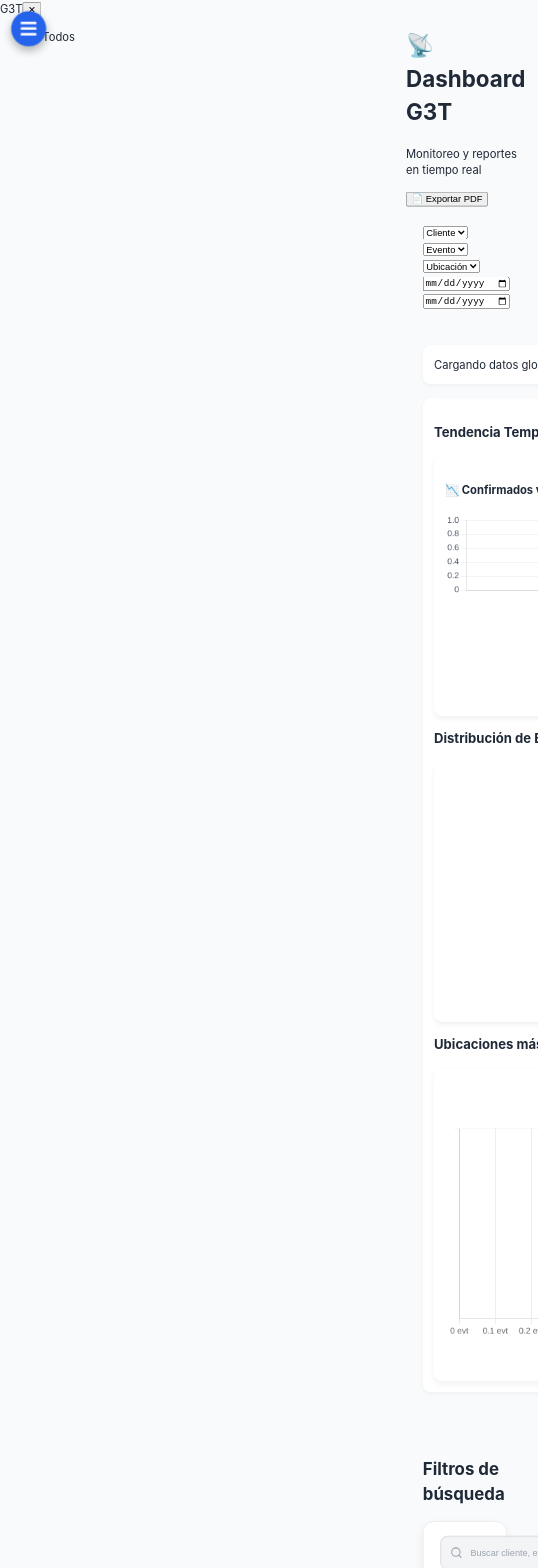
Repository: BBrian11/reportes
Page: /
These files come from the project's save history. The page is drawn as it stood at one moment and after the next save; the edit follows.
The browser window is 768 px wide. The pictures show the part of the page from y = 0 to 2240 px (the page is 2649 px tall before and 2382 px after), at 70% of full size.
The page's requests for data from a server got no answer. The project was rebuilt for these pictures with package versions that can differ from the ones it lists, and the page was loaded fresh each time. Some packages were replaced by stand-ins written for this rebuild. No one was signed in, and anything a server would have sent is missing. Also part of the build but not shown: vite.config.js, src/components/Dashboard/BarChart.jsx, src/styles/tgsstats.css, src/components/Dashboard/TgsStats.jsx, src/styles/edificiostats.css, src/components/Dashboard/EdificioStats.jsx, src/styles/vtvstats.css, src/components/Dashboard/VtvStats.jsx and 6 more.

Above is the page before, as saved 2025-08-01 15:57:31.

### index.html
<!DOCTYPE html>
<html lang="es">
  <head>
    <meta charset="UTF-8" />
    <meta name="viewport" content="width=device-width, initial-scale=1.0" />
    <title>Dashboard G3T</title>
  </head>
  <body>
    <div id="root"></div>
    <script type="module" src="/src/main.jsx"></script>
  </body>
</html>

### src/main.jsx
import React from "react";
import ReactDOM from "react-dom/client";
import App from "./App.jsx";
import "./styles/dashboard.css";
import "./styles/form.css";

ReactDOM.createRoot(document.getElementById("root")).render(
  <React.StrictMode>
    <App />
  </React.StrictMode>
);

### src/App.jsx
import React from "react";
import Dashboard from "./components/Dashboard/Dashboard.jsx";

export default function App() {
  return <Dashboard />;
}

### src/components/Dashboard/Sidebar.jsx
import React, { useState, useMemo } from "react";
import {
  FaBars,
  FaBuilding,
  FaTools,
  FaCar,
  FaHome,
  FaTh,
  FaChevronDown,
  FaChevronUp,
} from "react-icons/fa";
import "../../styles/sidebar.css";

export default function Sidebar({ eventos, onSelectCliente, onSelectUbicacion }) {
  const [collapsed, setCollapsed] = useState(false);
  const [activeCliente, setActiveCliente] = useState("Todos");
  const [expanded, setExpanded] = useState(null);
  const [searchTerm, setSearchTerm] = useState("");
  const [active, setActive] = useState(false); // ✅ Para mostrar/ocultar sidebar en mobile

  const estructura = useMemo(() => {
    const map = {};
    eventos.forEach((e) => {
      const cliente = e.cliente || "Otros";
      const grupo = e.grupo || e.ubicacion?.split(" ")[0] || "General";
      const ubicacion = e.ubicacion || "Sin ubicación";

      if (!map[cliente]) map[cliente] = {};
      if (!map[cliente][grupo]) map[cliente][grupo] = new Set();
      map[cliente][grupo].add(ubicacion);
    });
    return map;
  }, [eventos]);

  const iconos = {
    TGS: <FaTools />,
    Edificios: <FaBuilding />,
    VTV: <FaCar />,
    Barrios: <FaHome />,
    Todos: <FaTh />,
  };

  const handleSelectCliente = (cliente) => {
    setActiveCliente(cliente);
    onSelectCliente(cliente);
  };

  const toggleExpand = (cliente) => {
    setExpanded(expanded === cliente ? null : cliente);
    setSearchTerm("");
  };

  // ✅ NUEVO RETURN
  return (
    <>
      {/* Overlay (oscurece fondo en mobile) */}
      <div
        className={`sidebar-overlay ${active ? "active" : ""}`}
        onClick={() => setActive(false)}
      ></div>

      {/* Sidebar */}
      <aside className={`sidebar ${active ? "active" : ""}`}>
        <div className="sidebar-header">
          <span className="logo-text">G3T</span>
          <button className="toggle-btn" onClick={() => setActive(false)}>
            ✕
          </button>
        </div>

        <nav>
          <ul>
            {/* Todos */}
            <li
              className={`sidebar-link ${activeCliente === "Todos" ? "active" : ""}`}
              onClick={() => handleSelectCliente("Todos")}
            >
              {iconos.Todos} <span>Todos</span>
            </li>

            {/* Clientes */}
            {Object.keys(estructura).map((cliente, idx) => (
              <li key={idx} className="sidebar-item">
                <div
                  className={`sidebar-link ${activeCliente === cliente ? "active" : ""}`}
                  onClick={() => handleSelectCliente(cliente)}
                >
                  {iconos[cliente] || <FaBuilding />}
                  <span>{cliente}</span>
                  <button
                    className="expand-btn"
                    onClick={(e) => {
                      e.stopPropagation();
                      toggleExpand(cliente);
                    }}
                  >
                    {expanded === cliente ? <FaChevronUp /> : <FaChevronDown />}
                  </button>
                </div>

                {expanded === cliente && (
                  <div className="sub-menu">
                    <input
                      type="text"
                      placeholder="Buscar ubicación..."
                      value={searchTerm}
                      onChange={(e) => setSearchTerm(e.target.value)}
                      className="search-input"
                    />

                    <div className="scrollable-list">
                      {Object.keys(estructura[cliente]).map((grupo, gIdx) => (
                        <div key={gIdx} className="grupo">
                          <strong>{grupo}</strong>
                          <ul>
                            {[...estructura[cliente][grupo]]
                              .filter((u) =>
                                u.toLowerCase().includes(searchTerm.toLowerCase())
                              )
                              .map((ubicacion, i) => (
                                <li
                                  key={i}
                                  onClick={() => onSelectUbicacion(cliente, ubicacion)}
                                  className="sub-item"
                                >
                                  {ubicacion}
                                </li>
                              ))}
                          </ul>
                        </div>
                      ))}
                    </div>
                  </div>
                )}
              </li>
            ))}
          </ul>
        </nav>
      </aside>

      {/* Botón hamburguesa (visible solo en mobile) */}
      <button className="floating-toggle" onClick={() => setActive(true)}>
        <FaBars />
      </button>
    </>
  );
}

### src/components/Dashboard/Header.jsx
import React from 'react';

export default function Header() {
  return (
    <div className="bg-gradient-to-r from-blue-700 to-indigo-800 text-white p-4 rounded-lg shadow-md flex justify-between items-center mb-4">
      <div>
        <h1 className="text-xl font-bold">📡 Dashboard G3T</h1>
        <p className="text-sm">Monitoreo y reportes en tiempo real</p>
      </div>
      <button className="bg-white text-blue-900 px-4 py-2 rounded shadow hover:bg-gray-200 transition">
        📄 Exportar PDF
      </button>
    </div>
  );
}

### src/components/Dashboard/Filters.jsx
import React from 'react';

export default function Filters() {
  return (
    <div className="bg-white p-4 rounded-lg shadow mb-4 flex flex-wrap gap-2">
      <select className="border p-2 rounded w-full md:w-auto">
        <option>Cliente</option>
      </select>
      <select className="border p-2 rounded w-full md:w-auto">
        <option>Evento</option>
      </select>
      <select className="border p-2 rounded w-full md:w-auto">
        <option>Ubicación</option>
      </select>
      <input type="date" className="border p-2 rounded w-full md:w-auto" />
      <input type="date" className="border p-2 rounded w-full md:w-auto" />
    </div>
  );
}

### src/components/Dashboard/Charts.jsx
import React from "react";
import BarChart from "./BarChart";
import PieChart from "./PieChart";
import LineChart from "./LineChart";
import HorizontalChart from "./HorizontalChart";
import {
  Chart as ChartJS,
  CategoryScale,
  LinearScale,
  BarElement,
  ArcElement,
  PointElement,
  LineElement,
  Title,
  Tooltip,
  Legend,
} from "chart.js";

ChartJS.register(
  CategoryScale,
  LinearScale,
  BarElement,
  ArcElement,
  PointElement,
  LineElement,
  Title,
  Tooltip,
  Legend
);

export default function Charts({ eventos }) {
  return (
    <div className="grid grid-cols-1 lg:grid-cols-2 xl:grid-cols-3 gap-6 mb-6">
      {/* ✅ Eventos por mes */}


      {/* ✅ Tendencia Temporal */}
      <div className="bg-white rounded-xl shadow p-4 hover:shadow-lg transition">
        <h3 className="text-lg font-semibold mb-4">Tendencia Temporal</h3>
        <LineChart eventos={eventos} />
      </div>

      {/* ✅ Distribución por Tipo de Evento */}
      <div className="bg-white rounded-xl shadow p-4 hover:shadow-lg transition">
        <h3 className="text-lg font-semibold mb-4">Distribución de Eventos</h3>
        <PieChart eventos={eventos} />
      </div>

      {/* ✅ Ubicaciones más Recurrentes */}
      <div className="bg-white rounded-xl shadow p-4 hover:shadow-lg transition col-span-2">
        <h3 className="text-lg font-semibold mb-4">Ubicaciones más Recurrentes</h3>
        <HorizontalChart eventos={eventos} />
      </div>

      {/* ✅ Comparativa Día vs Noche */}

    </div>
  );
}

### src/components/Dashboard/GlobalStats.jsx
import React, { useEffect, useState } from "react";
import { collection, getDocs } from "firebase/firestore";
import { db } from "../../services/firebase";
import "../../styles/globalstats.css";

export default function GlobalStats({ eventos }) {
  const [razonesOrdenadas, setRazonesOrdenadas] = useState([]);

  useEffect(() => {
    const fetchRazones = async () => {
      try {
        const snap = await getDocs(collection(db, "novedades/edificios/eventos"));
        const razones = {};
        snap.forEach(doc => {
          const data = doc.data();
          if (
            data["evento-edificio"]?.toLowerCase().includes("puerta mantenida") &&
            data["razones-pma"]
          ) {
            razones[data["razones-pma"]] = (razones[data["razones-pma"]] || 0) + 1;
          }
        });
        const sorted = Object.entries(razones).sort((a, b) => b[1] - a[1]);
        setRazonesOrdenadas(sorted);
      } catch (error) {
        console.error("Error al cargar razones PMA:", error);
      }
    };

    fetchRazones();
  }, []);

  if (!eventos || eventos.length === 0) {
    return <div className="loading-message">Cargando datos globales...</div>;
  }

  // ✅ Contadores
  const eventCount = {};
  const locationCount = {};
  let totalDia = 0;
  let totalNoche = 0;

  eventos.forEach(e => {
    const evento = e.evento || e["evento-edificio"] || "Desconocido";
    eventCount[evento] = (eventCount[evento] || 0) + 1;

    if (e.ubicacion) {
      locationCount[e.ubicacion] = (locationCount[e.ubicacion] || 0) + 1;
    }

    const fecha = e.fechaObj;
    if (fecha instanceof Date && !isNaN(fecha)) {
      const hora = fecha.getHours();
      if (hora >= 6 && hora < 18) totalDia++;
      else totalNoche++;
    }
  });

  // ✅ Métricas
  const totalEventos = eventos.length;
  const eventoMasFrecuente = Object.entries(eventCount).sort((a, b) => b[1] - a[1])[0] || ["Sin datos", 0];
  const ubicacionMasFrecuente = Object.entries(locationCount).sort((a, b) => b[1] - a[1])[0] || ["Sin datos", 0];

  const diaPct = totalEventos > 0 ? Math.round((totalDia / totalEventos) * 100) : 0;
  const nochePct = totalEventos > 0 ? Math.round((totalNoche / totalEventos) * 100) : 0;

  const eventosOrdenados = Object.entries(eventCount).sort((a, b) => b[1] - a[1]).slice(0, 5);
  const razonMasFrecuente = razonesOrdenadas[0] || ["Sin datos", 0];

  return (
    <div className="global-card">
      <h3 className="global-title">📊 Analítica General</h3>

      {/* ✅ Cards principales */}
      <div className="global-grid">
        {/* Total Eventos */}
        <div className="global-item">

          <p className="global-label">Total de Eventos</p>
          <h2 className="global-value">{totalEventos}</h2>
          <p className="sub-info">
            Evento más frecuente: <strong>{eventoMasFrecuente[0]}</strong> ({eventoMasFrecuente[1]})
          </p>
        </div>

        {/* Ubicación más recurrente */}
        <div className="global-item">

          <p className="global-label">Ubicación más frecuente</p>
          <h2 className="global-value">{ubicacionMasFrecuente[0]}</h2>
          <p className="sub-info">{ubicacionMasFrecuente[1]} registros</p>
        </div>

        {/* Razones PMA */}
        <div className="global-item">

          <p className="global-label">Razón PMA más frecuente</p>
          <h2 className="global-value">
            {razonMasFrecuente[0] !== "Sin datos" ? razonMasFrecuente[0] : "No aplica"}
          </h2>
          <p className="sub-info">
            {razonMasFrecuente[1] > 0
              ? `${razonMasFrecuente[1]} ocurrencias`
              : "Solo para Edificios"}
          </p>

          {razonesOrdenadas.length > 0 && (
            <ul className="ranking-list" style={{ marginTop: "10px" }}>
              {razonesOrdenadas.slice(0, 3).map(([razon, count], idx) => (
                <li key={idx} className="ranking-item">
                  <span className="ranking-name">{razon}</span>
                  <span className="ranking-count">{count}</span>
                </li>
              ))}
            </ul>
          )}
        </div>    <div className="ranking-card">
        <h4 className="ranking-title">Top 5 Eventos</h4>
        <ul className="ranking-list">
          {eventosOrdenados.map(([evento, count], idx) => (
            <li key={idx} className="ranking-item">
              <span className="ranking-name">{evento}</span>
              <span className="ranking-count">{count}</span>
            </li>
          ))}
        </ul>
      </div>
      </div>

      {/* ✅ Turnos */}
      <div className="shift-grid">
        <div className="shift-item day-card">
          <div className="shift-icon">🌞</div>
          <p className="shift-label">Turno Día (06:00-18:00)</p>
          <h3 className="shift-value">{totalDia} ({diaPct}%)</h3>
        </div>
        <div className="shift-item night-card">
          <div className="shift-icon">🌙</div>
          <p className="shift-label">Turno Noche (18:00-06:00)</p>
          <h3 className="shift-value">{totalNoche} ({nochePct}%)</h3>
        </div>
      </div>



    </div>
  );
}

### src/styles/sidebar.css
/* Overlay (fondo oscuro) */
.sidebar-overlay {
  position: fixed;
  top: 0;
  left: 0;
  width: 100%;
  height: 100%;
  background: rgba(0, 0, 0, 0.5);
  z-index: 900;
  opacity: 0;
  visibility: hidden;
  transition: opacity 0.3s ease;
}

.sidebar-overlay.active {
  opacity: 1;
  visibility: visible;
}

/* Sidebar animado en mobile */
@media (max-width: 768px) {
  .sidebar {
    left: -100%;
    width: 80%;
    max-width: 320px;
    transition: left 0.3s ease-in-out;
  }
  .sidebar.active {
    left: 0;
  }
}

/* Botón hamburguesa flotante */
.floating-toggle {
  display: none;
}

@media (max-width: 768px) {
  .floating-toggle {
    display: flex;
    position: fixed;
    top: 16px;
    left: 16px;
    background: #2563eb;
    color: #fff;
    font-size: 1.6rem;
    padding: 12px;
    border-radius: 50%;
    box-shadow: 0 6px 14px rgba(0, 0, 0, 0.3);
    z-index: 1001;
    border: none;
    cursor: pointer;
  }
}

### src/components/Dashboard/PieChart.jsx
// src/components/Dashboard/PieChart.jsx
import React, { useEffect } from "react";
import * as echarts from "echarts";

export default function PieChart({ eventos }) {
  useEffect(() => {
    const chartDom = document.getElementById("pieChart");
    const myChart = echarts.init(chartDom);

    const eventCounts = {};
    eventos.forEach((e) => {
      eventCounts[e.evento] = (eventCounts[e.evento] || 0) + 1;
    });

    const data = Object.keys(eventCounts).map((key) => ({
      name: key,
      value: eventCounts[key],
    }));

    myChart.setOption({
      tooltip: { trigger: "item" },
      series: [
        {
          type: "pie",
          radius: ["40%", "70%"],
          avoidLabelOverlap: false,
          label: { show: true, formatter: "{b}: {c}" },
          data: data,
        },
      ],
    });

    return () => myChart.dispose();
  }, [eventos]);

  return   <div className="bar-chart-card"><div id="pieChart" style={{ height: "300px" }}></div></div>;
}

### src/components/Dashboard/LineChart.jsx
import { Line } from "react-chartjs-2";

export default function LineChart({ eventos }) {
  // ✅ Filtrar últimos 30 días
  const hoy = new Date();
  const hace30dias = new Date();
  hace30dias.setDate(hoy.getDate() - 30);

  const ultimosEventos = eventos.filter(
    (e) => e.fechaObj && e.fechaObj >= hace30dias && e.fechaObj <= hoy
  );

  // ✅ Agrupar confirmados vs falsos por día
  const grouped = {};
  ultimosEventos.forEach((e) => {
    const key = e.fechaObj.toLocaleDateString("es-AR", {
      day: "2-digit",
      month: "short",
    });

    if (!grouped[key]) grouped[key] = { confirmados: 0, falsos: 0 };
    if (e.evento.toLowerCase().includes("confirmado")) {
      grouped[key].confirmados += 1;
    } else if (e.evento.toLowerCase().includes("falso")) {
      grouped[key].falsos += 1;
    }
  });

  // ✅ Ordenar fechas
  const sortedKeys = Object.keys(grouped).sort((a, b) => {
    const parseKey = (str) => {
      const [day, month] = str.split(" ");
      const meses = [
        "ene", "feb", "mar", "abr", "may", "jun",
        "jul", "ago", "sep", "oct", "nov", "dic"
      ];
      return new Date(new Date().getFullYear(), meses.indexOf(month), parseInt(day));
    };
    return parseKey(a) - parseKey(b);
  });

  const data = {
    labels: sortedKeys,
    datasets: [
      {
        label: "Confirmados",
        data: sortedKeys.map((k) => grouped[k].confirmados),
        borderColor: "#16a34a",
        backgroundColor: "rgba(22, 163, 74, 0.2)",
        fill: true,
        tension: 0.3,
        pointBackgroundColor: "#16a34a",
      },
      {
        label: "Falsos",
        data: sortedKeys.map((k) => grouped[k].falsos),
        borderColor: "#dc2626",
        backgroundColor: "rgba(220, 38, 38, 0.2)",
        fill: true,
        tension: 0.3,
        pointBackgroundColor: "#dc2626",
      },
    ],
  };

  const options = {
    responsive: true,
    maintainAspectRatio: false,
    plugins: {
      legend: { position: "bottom" },
      tooltip: {
        callbacks: {
          label: (ctx) => `${ctx.dataset.label}: ${ctx.parsed.y} eventos`,
        },
      },
    },
    scales: {
      x: {
        ticks: { color: "#4b5563", font: { size: 12 } },
        grid: { display: false },
      },
      y: {
        beginAtZero: true,
        ticks: { color: "#4b5563" },
        grid: { color: "#f3f4f6" },
      },
    },
  };

  return (
    <div className="bar-chart-card">
    <div className="line-chart-card">
      <h4 className="line-chart-title">📉 Confirmados vs Falsos (Últimos 30 días)</h4>
      <div className="line-chart-wrapper">
        <Line data={data} options={options} />
      </div>
    </div>    </div>
  );
}

### src/components/Dashboard/HorizontalChart.jsx
import { Bar } from "react-chartjs-2";
import "../../styles/horizontalchart.css"; // ✅ Nueva hoja de estilos

export default function HorizontalChart({ eventos }) {
  const countByLocation = {};
  eventos.forEach(e => {
    countByLocation[e.ubicacion] = (countByLocation[e.ubicacion] || 0) + 1;
  });

  const sorted = Object.entries(countByLocation)
    .sort((a, b) => b[1] - a[1])
    .slice(0, 5);

  const labels = sorted.map(([loc]) => loc);
  const values = sorted.map(([_, count]) => count);
  const total = values.reduce((a, b) => a + b, 0);

  const colors = ["#2563eb", "#16a34a", "#f59e0b", "#dc2626", "#6b7280"];

  const data = {
    labels,
    datasets: [
      {
        label: "Eventos",
        data: values,
        backgroundColor: colors,
        borderRadius: 6,
        barThickness: 28,
      },
    ],
  };

  const options = {
    indexAxis: "y",
    responsive: true,
    maintainAspectRatio: false,
    plugins: {
      legend: { display: false },
      tooltip: {
        callbacks: {
          label: (ctx) => {
            const count = ctx.parsed.x;
            const pct = ((count / total) * 100).toFixed(1);
            return ` ${count} eventos (${pct}%)`;
          },
        },
      },
    },
    scales: {
      x: {
        ticks: {
          callback: (value) => value + " evt",
        },
      },
    },
  };

  return (
    <div className="horizontal-chart-card">
      <h4 className="horizontal-chart-title">📍 Top 5 Ubicaciones</h4>
      <div className="horizontal-chart-wrapper">
        <Bar data={data} options={options} />
      </div>
      <div className="horizontal-chart-footer">
        Total: <span>{total}</span> eventos
      </div>
    </div>
  );
}

### src/styles/barChart.css
.bar-chart-card {
    background: #fff;
    border-radius: 12px;
    padding: 16px;
    box-shadow: 0 4px 8px rgba(0, 0, 0, 0.06);
    display: flex;
    flex-direction: column;
    gap: 12px;
    height: 340px;
  }

  .bar-chart-title {
    font-size: 1rem;
    font-weight: 600;
    color: #111827;
    text-align: center;
  }

  .bar-chart-wrapper {
    position: relative;
    height: 250px;
  }

### src/styles/horizontalchart.css
.horizontal-chart-card {
    background: #fff;
    border-radius: 12px;
    padding: 20px;
    box-shadow: 0 4px 10px rgba(0, 0, 0, 0.06);
    display: flex;
    flex-direction: column;
    justify-content: space-between;
    height: 100%;
    transition: transform 0.2s ease, box-shadow 0.2s ease;
  }

  .horizontal-chart-card:hover {
    transform: translateY(-4px);
    box-shadow: 0 8px 16px rgba(0, 0, 0, 0.08);
  }

  .horizontal-chart-title {
    font-size: 1.1rem;
    font-weight: 600;
    color: #111827;
    margin-bottom: 16px;
    text-align: center;
  }

  .horizontal-chart-wrapper {
    position: relative;
    height: 300px;
    margin-bottom: 12px;
  }

  .horizontal-chart-footer {
    font-size: 0.9rem;
    color: #6b7280;
    text-align: center;
    margin-top: 8px;
  }

  .horizontal-chart-footer span {
    font-weight: bold;
    color: #2563eb;
  }

Loaded but not shown: src/services/firebase.js (16 lines, source omitted); src/styles/dashboard.css (673 lines, source omitted); src/styles/eventstable.css (346 lines, source omitted); src/components/Dashboard/Dashboard.jsx (150 lines, source omitted); src/components/Dashboard/EventsTable.jsx (180 lines, source omitted)

After the next save:
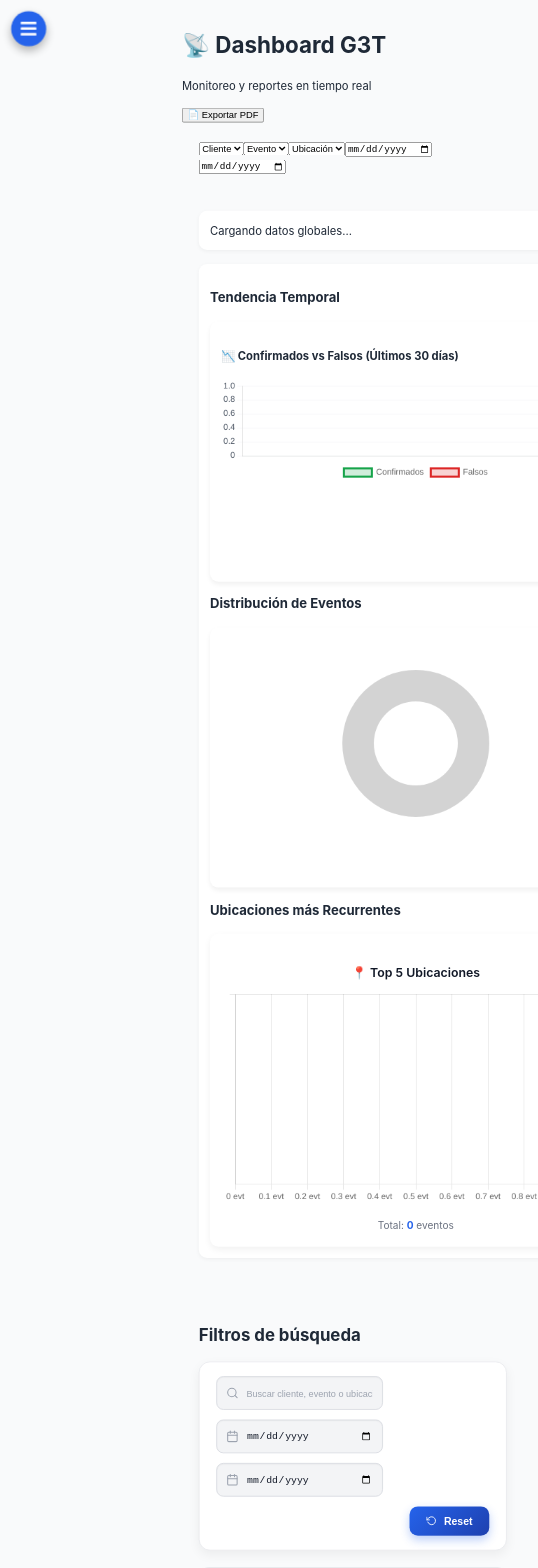
Saved 10 s later.
--- a/src/styles/sidebar.css
+++ b/src/styles/sidebar.css
@@ -1,3 +1,141 @@
+/* ======== SIDEBAR ======== */
+.sidebar {
+  width: 260px;
+  background: #ffffff;
+  height: 100vh;
+  position: fixed;
+  top: 0;
+  left: 0;
+  display: flex;
+  flex-direction: column;
+  padding: 16px;
+  box-shadow: 2px 0 12px rgba(0, 0, 0, 0.08);
+  transition: all 0.3s ease-in-out;
+  z-index: 1000;
+}
+
+/* Estado colapsado en desktop */
+.sidebar.collapsed {
+  width: 80px;
+}
+
+/* ===== MOBILE (PWA STYLE) ===== */
+@media (max-width: 768px) {
+  .sidebar {
+    left: -100%; /* Oculta sidebar */
+    width: 80%;
+    max-width: 320px;
+    background: #ffffff;
+    box-shadow: 4px 0 20px rgba(0, 0, 0, 0.2);
+  }
+
+  .sidebar.active {
+    left: 0; /* Desliza */
+  }
+
+  /* Overlay oscuro para UX */
+  .sidebar-overlay {
+    position: fixed;
+    top: 0;
+    left: 0;
+    width: 100%;
+    height: 100%;
+    background: rgba(0, 0, 0, 0.4);
+    z-index: 999;
+    opacity: 0;
+    visibility: hidden;
+    transition: opacity 0.3s ease;
+  }
+
+  .sidebar-overlay.active {
+    opacity: 1;
+    visibility: visible;
+  }
+}
+
+/* ===== HEADER SIDEBAR ===== */
+.sidebar-header {
+  display: flex;
+  justify-content: space-between;
+  align-items: center;
+  margin-bottom: 20px;
+}
+
+.logo-text {
+  font-size: 1.4rem;
+  font-weight: 700;
+  color: #2563eb;
+}
+
+.toggle-btn {
+  background: none;
+  border: none;
+  font-size: 1.8rem;
+  cursor: pointer;
+  color: #374151;
+}
+
+/* ===== NAV LINKS ===== */
+.sidebar ul {
+  list-style: none;
+  padding: 0;
+  margin: 0;
+}
+
+.sidebar-link {
+  display: flex;
+  align-items: center;
+  justify-content: space-between;
+  padding: 14px;
+  margin-bottom: 8px;
+  border-radius: 10px;
+  color: #374151;
+  cursor: pointer;
+  transition: background 0.2s ease, color 0.2s ease;
+  font-size: 1rem;
+  font-weight: 500;
+}
+
+.sidebar-link:hover,
+.sidebar-link.active {
+  background: #f3f4f6;
+  color: #2563eb;
+}
+
+/* ===== SUBMENÚ ===== */
+.sub-menu {
+  background: #f9fafb;
+  margin-top: 6px;
+  border-radius: 10px;
+  padding: 10px;
+}
+
+.search-input {
+  width: 100%;
+  padding: 10px;
+  border-radius: 8px;
+  border: 1px solid #d1d5db;
+  margin-bottom: 10px;
+  font-size: 0.9rem;
+}
+
+.scrollable-list {
+  max-height: 200px;
+  overflow-y: auto;
+}
+
+.sub-item {
+  padding: 6px;
+  border-radius: 6px;
+  cursor: pointer;
+  color: #4b5563;
+  font-size: 0.9rem;
+}
+
+.sub-item:hover {
+  background: #e5e7eb;
+  color: #111827;
+}
 /* Overlay (fondo oscuro) */
 .sidebar-overlay {
   position: fixed;
